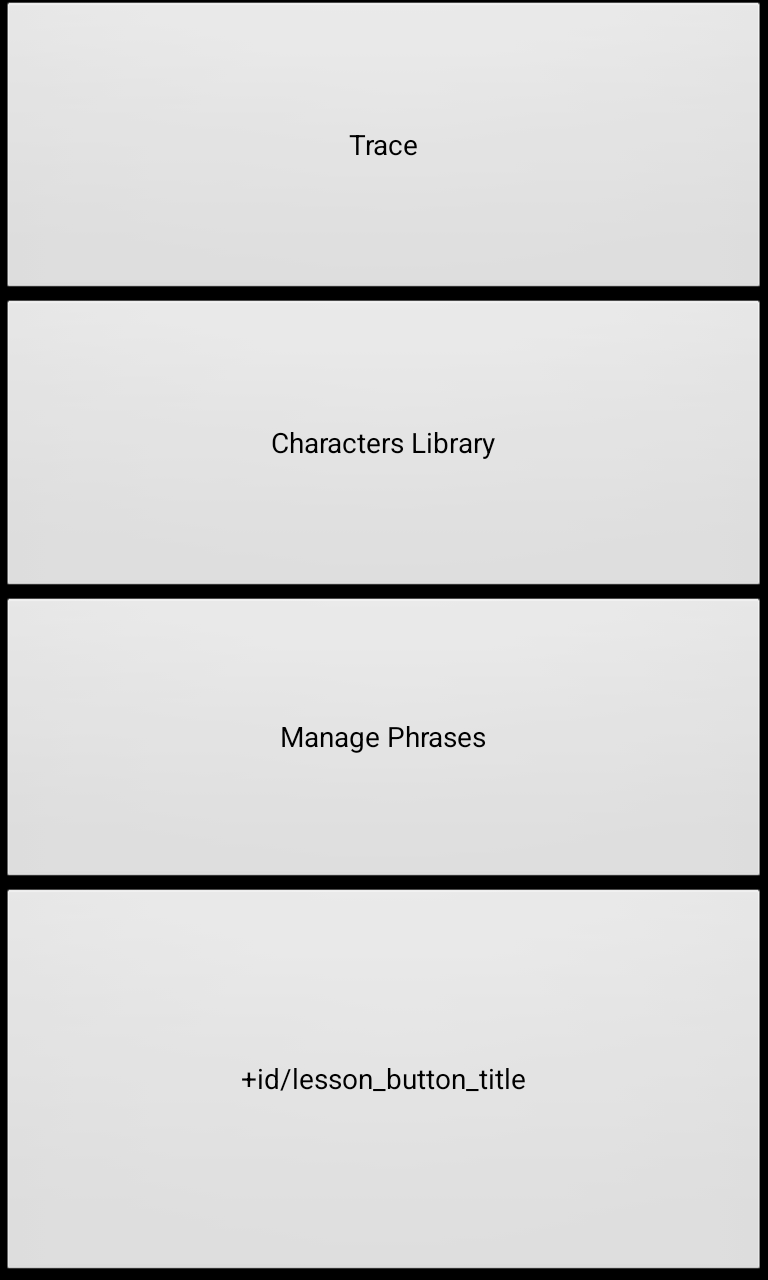
Repository: ljtao/Trace2Learn
Layout: Trace2Learn/res/layout/main.xml
An editor plug-in stored every save of this project. The layout is shown before and after the next save, followed by the edit.
It is drawn on a 768 x 1280 px phone screen (xhdpi) without system bars, with theme android:Theme; the app's code is not run.

Above is the layout before, as saved 2012-04-10 05:14:02.

After the next save:
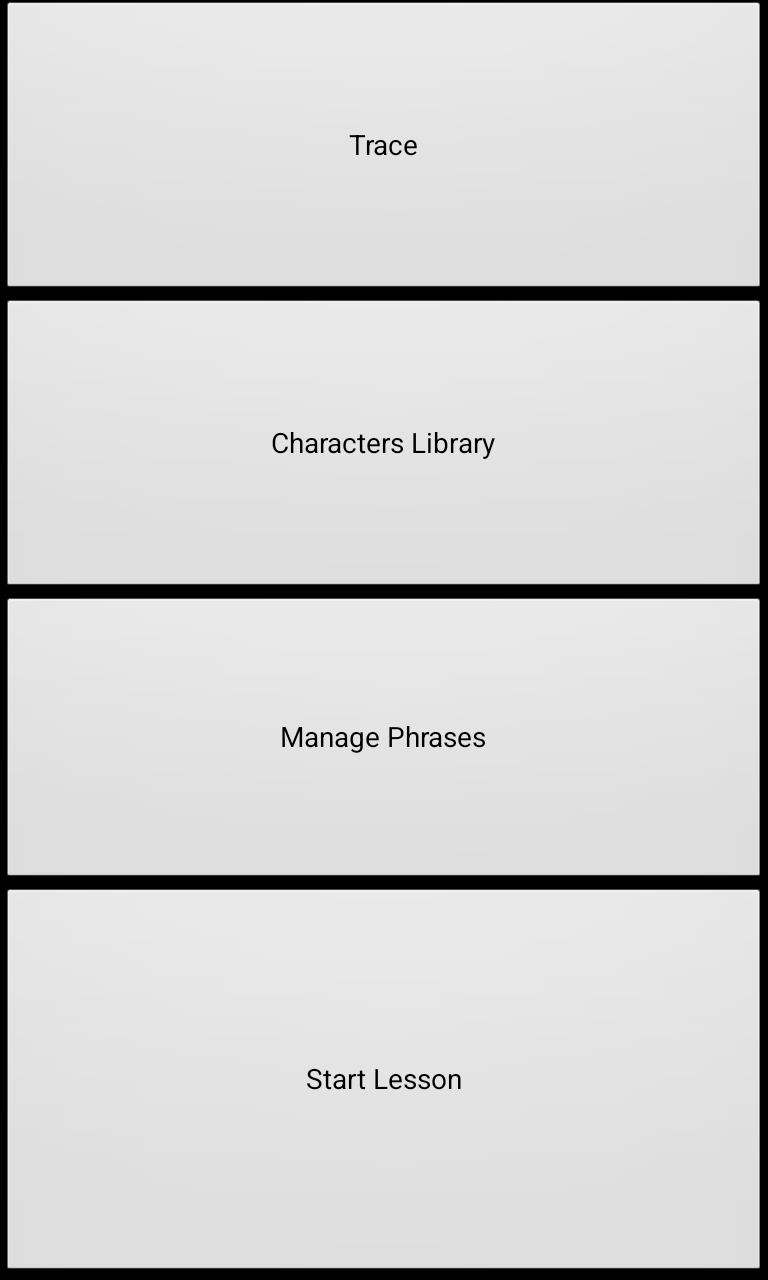
Saved 3 min 16 s later.
--- a/Trace2Learn/res/layout/main.xml
+++ b/Trace2Learn/res/layout/main.xml
@@ -36,6 +36,6 @@
 	        android:layout_width="fill_parent"
 	        android:layout_height="wrap_content"
 	        android:layout_weight="1.00"
-	        android:text="+id/lesson_button_title" />
+	        android:text="@string/lesson_button_title" />
 
 	</LinearLayout>
